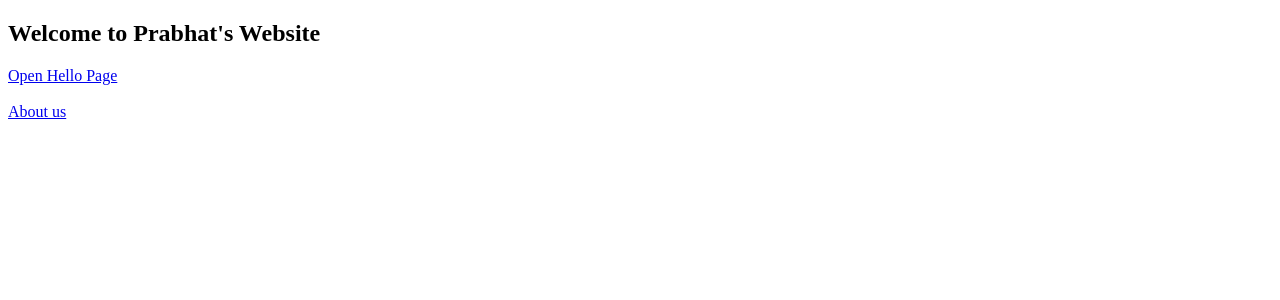
Repository: Prabhat-pandey31/Spring1
Page: http://localhost/MavenWebApp/
These files come from the project's save history. The page is drawn as it stood at one moment and after the next save; the edit follows.
The browser window is 1280 px wide. The pictures show the whole page.
The page is served by Tomcat 9. Other server files are loaded and not shown.

Above is the page before, as saved 2024-06-03 18:51:32.

### MavenWebApp/src/main/webapp/index.jsp
<!DOCTYPE html>
<html lang="en">
<head>
    <meta charset="UTF-8">
    <meta name="viewport" content="width=device-width, initial-scale=1.0">
    <title>Prabhat Website</title>
</head>
<body>
    <h2>Welcome to Prabhat's Website</h2>
    <a href="hellopage">Open Hello Page</a> <br> <br>
    <a href="aboutus">About us</a>
</body>
</html>

After the next save:
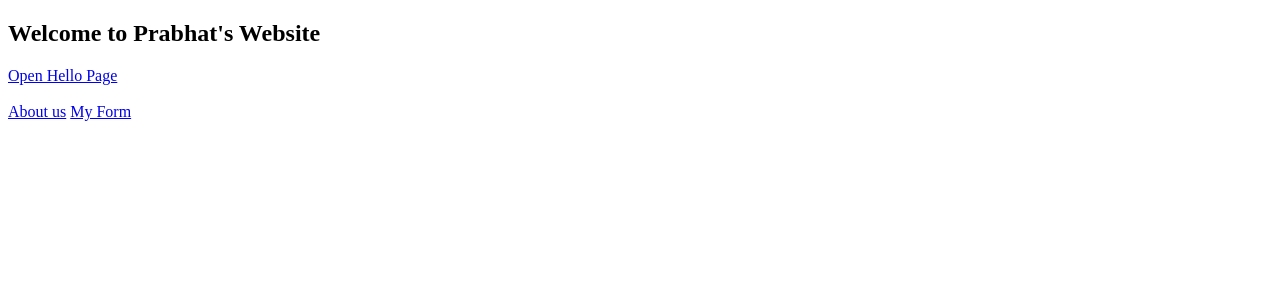
Saved 5 min 49 s later.
--- a/MavenWebApp/src/main/webapp/index.jsp
+++ b/MavenWebApp/src/main/webapp/index.jsp
@@ -9,5 +9,6 @@
     <h2>Welcome to Prabhat's Website</h2>
     <a href="hellopage">Open Hello Page</a> <br> <br>
     <a href="aboutus">About us</a>
+    <a href="form">My Form</a>
 </body>
 </html>
